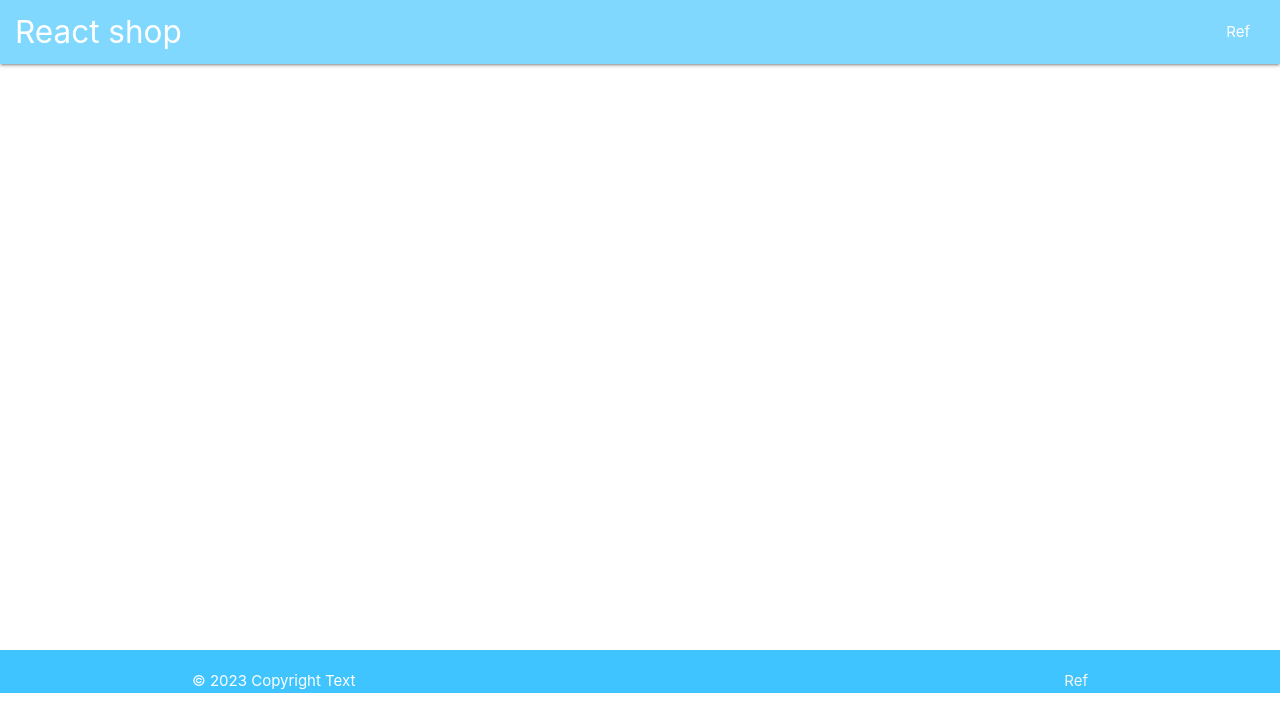
Repository: qui-qui-qui/react-recipe
Page: /
An editor plug-in stored every save of this project. The page is shown before and after the next save, followed by the edit.
The browser window is 1280 px wide. The pictures show the whole page.
The project was rebuilt for these pictures with package versions that can differ from the ones it lists, and the page was loaded fresh each time. Also part of the build but not shown: src/pages/About.jsx, src/pages/Contact.jsx.

Above is the page before, as saved 2023-01-09 14:58:38.

After the next save:
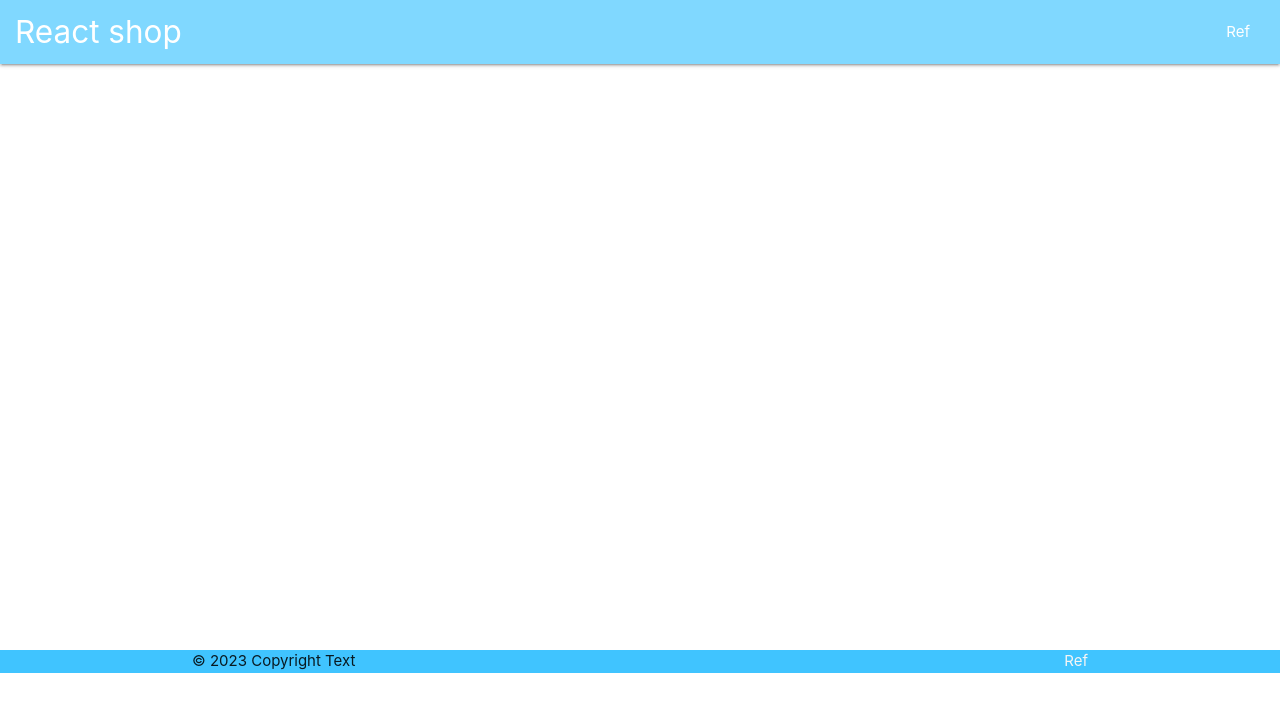
Saved 66 s later.
--- a/src/components/Footer.jsx
+++ b/src/components/Footer.jsx
@@ -1,5 +1,5 @@
 function Footer() {
-    return <footer className="page-footer light-blue accent-2">
+    return <footer className="footer-copyright light-blue accent-2">
       <div className="container">
       © {new Date().getFullYear()} Copyright Text
       <a className="grey-text text-lighten-4 right" href="#!">Ref</a>

After the save that followed:
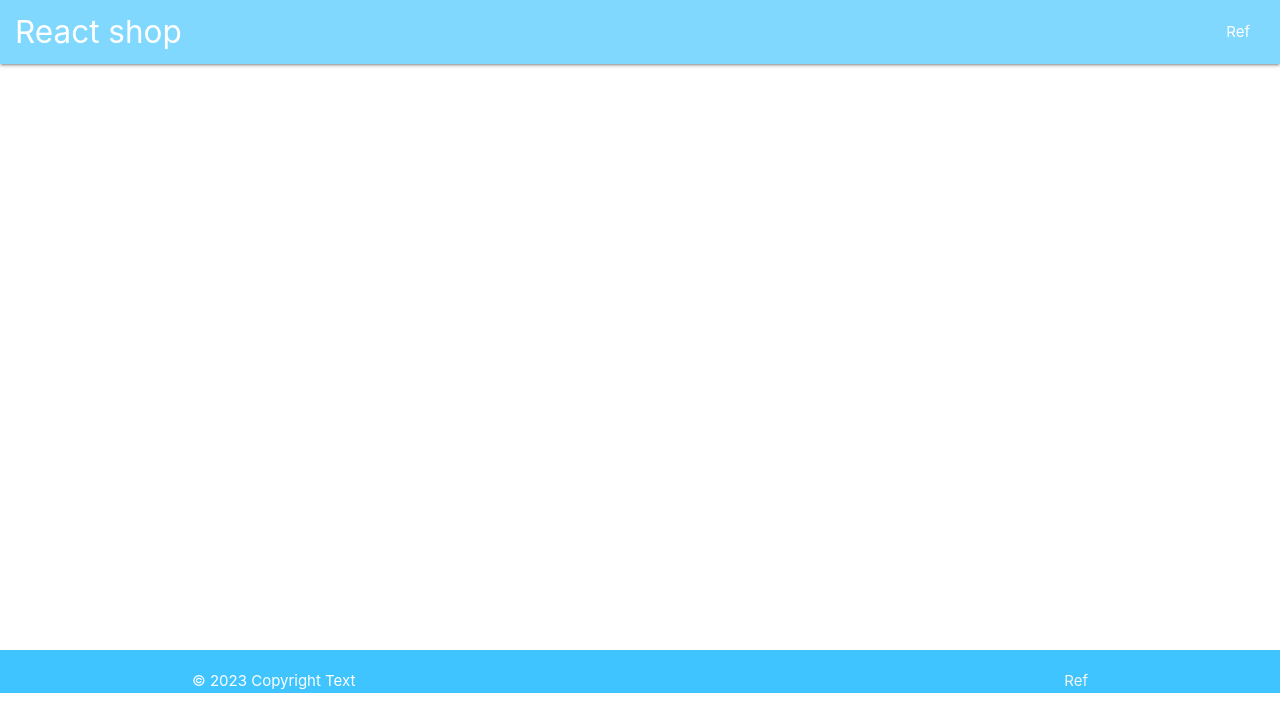
Saved 33 s later.
--- a/src/components/Footer.jsx
+++ b/src/components/Footer.jsx
@@ -1,5 +1,5 @@
 function Footer() {
-    return <footer className="footer-copyright light-blue accent-2">
+    return <footer className="page-footer light-blue accent-2">
       <div className="container">
       © {new Date().getFullYear()} Copyright Text
       <a className="grey-text text-lighten-4 right" href="#!">Ref</a>
